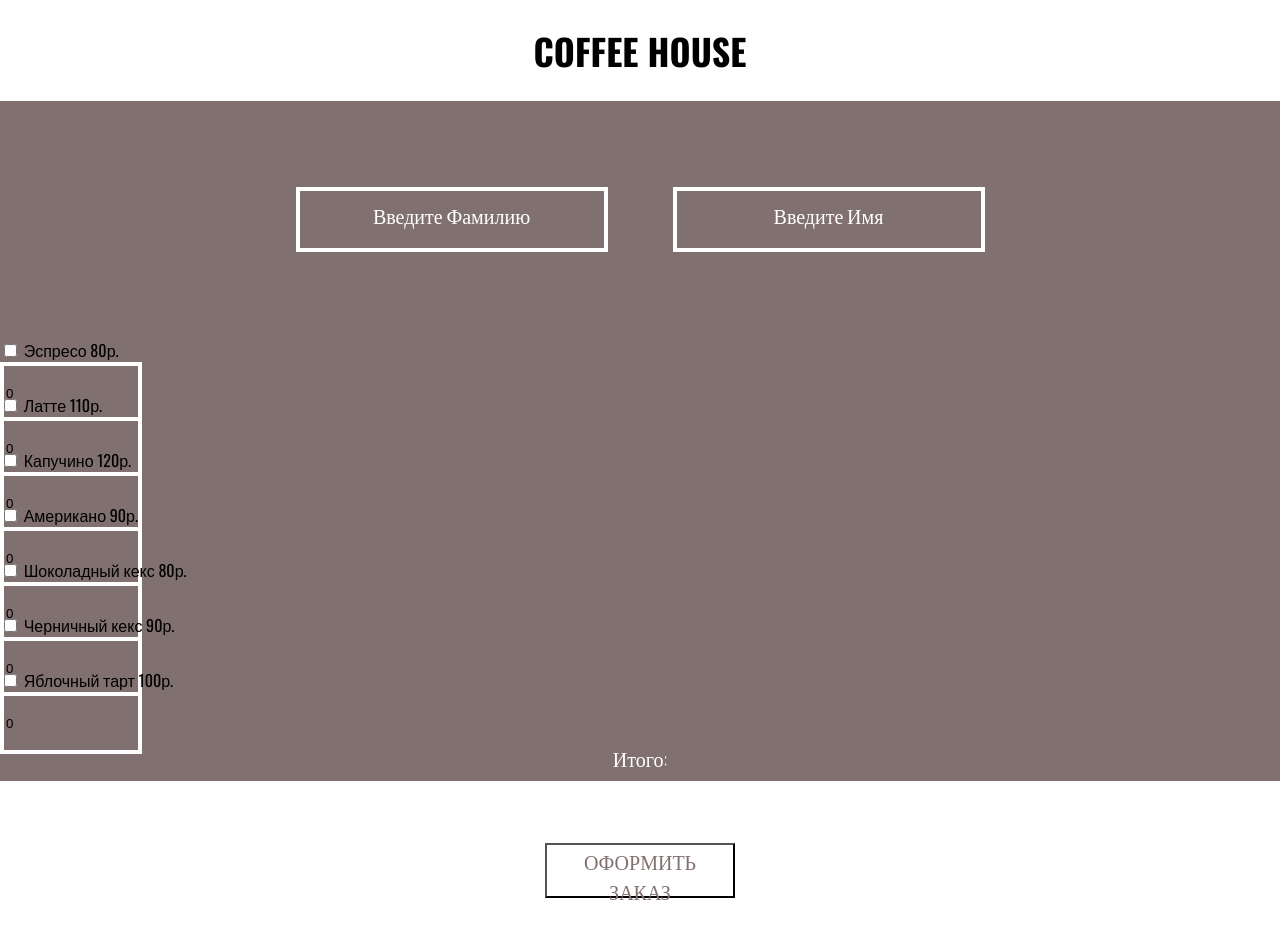
Repository: Valera1994/WebTestProject
Page: New2/index.html
The author's editor kept a copy of each file at every save. The page is drawn from the files as they stood at one save, then again after the next save.
The browser window is 1280 px wide. The pictures show the whole page.

Above is the page before, as saved 2025-07-20 21:58:41.

After the next save:
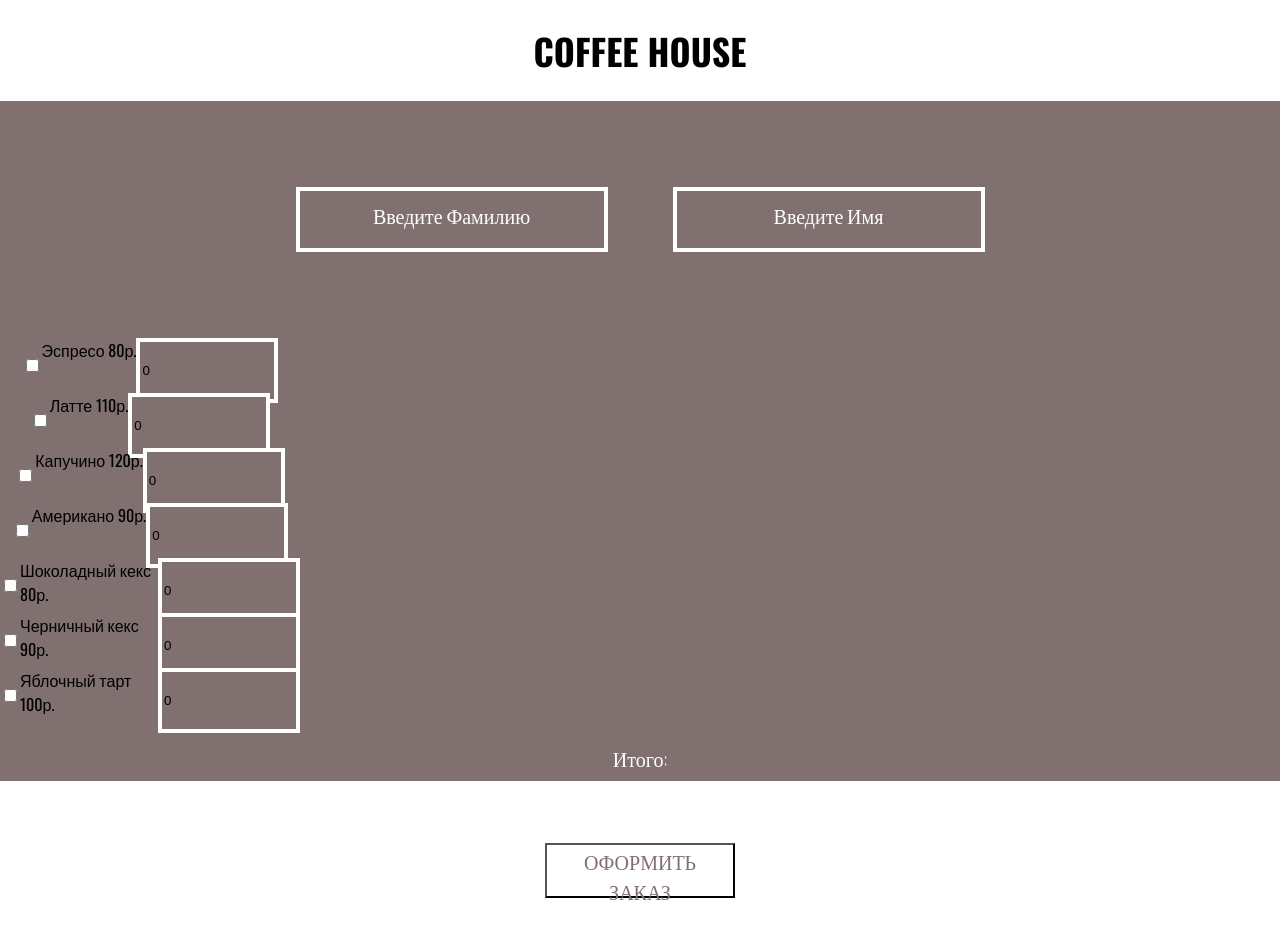
Saved 40 s later.
--- a/New2/style.css
+++ b/New2/style.css
@@ -64,6 +64,8 @@ body{
 .form_checkbox{
     width: 300px;
     height: 55px;
+    display: flex;
+    justify-content: center;
 }
 
 
@@ -73,7 +75,7 @@ body{
     flex-direction: column;
     justify-content: center;
     width: 130px;
-    height: 52px;
+    height: 55px;
     border: 4px solid white;
 }
 
